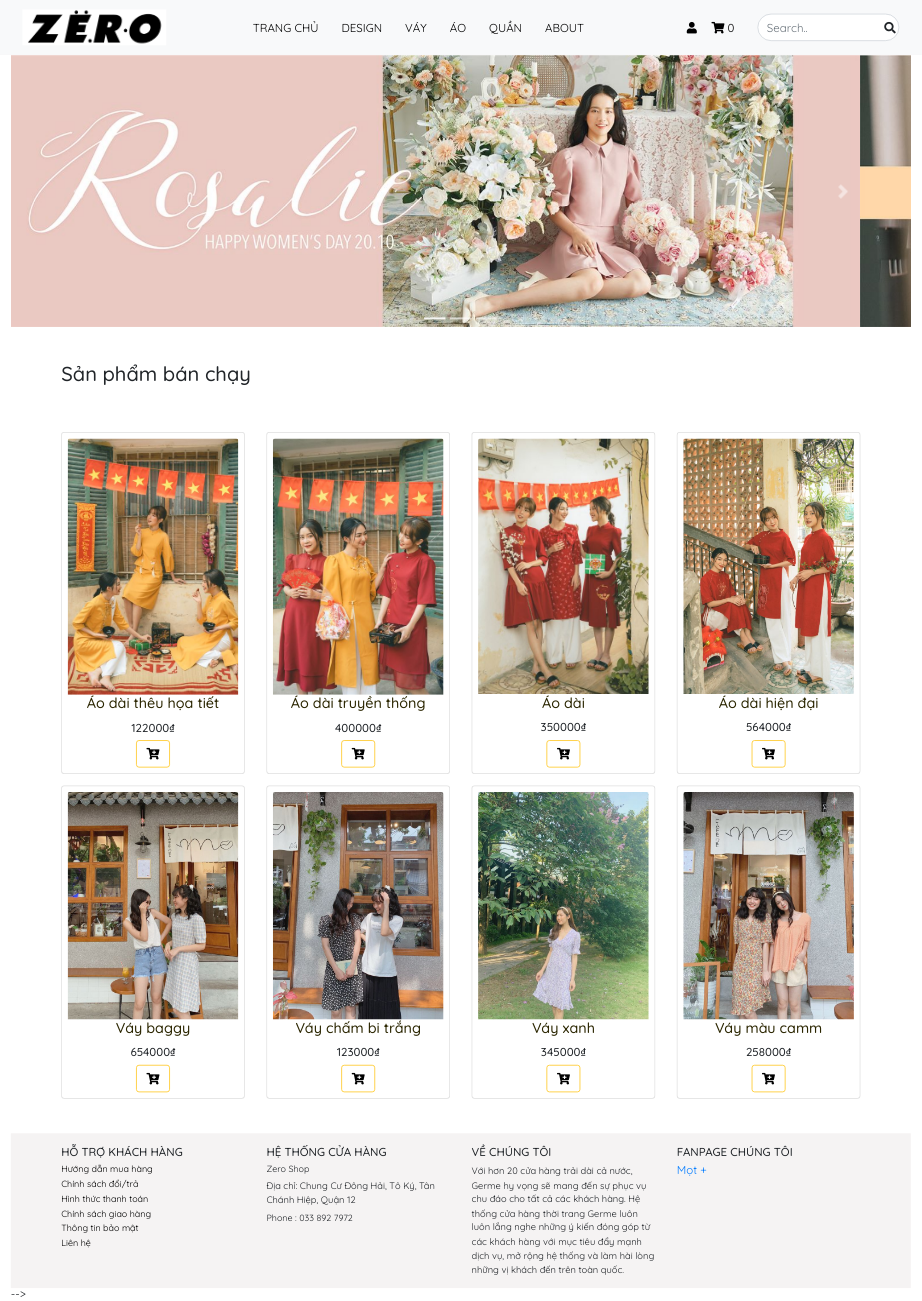
Repository: trang712/Zeroclothers
Page: index.html
The author's editor kept a copy of each file at every save. The page is drawn from the files as they stood at one save, then again after the next save.
The browser window is 1280 px wide. The pictures show the whole page, at 72% of full size.
Some web libraries are served in a nearby version.

Above is the page before, as saved 2022-12-18 13:53:44.
Console error: TypeError: Cannot read properties of null (reading 'length')

### index.html
<!DOCTYPE html>
<html>

<head>
    <title>Store</title>

    <meta charset="UTF-8">
    <script src="https://code.jquery.com/jquery-3.3.1.slim.min.js"></script>
    <link rel="stylesheet" href="https://stackpath.bootstrapcdn.com/bootstrap/4.3.1/css/bootstrap.min.css">
    <link rel="stylesheet" href="css/style-1.css">

    <script src="https://cdnjs.cloudflare.com/ajax/libs/popper.js/1.14.7/umd/popper.min.js"></script>
    <script src="https://stackpath.bootstrapcdn.com/bootstrap/4.3.1/js/bootstrap.min.js"></script>
    <meta name="viewport" content="width=device-width, initial-scale=1, shrink-to-fit=no">
    <link rel="stylesheet" href="https://use.fontawesome.com/releases/v5.10.2/css/all.css">
    <link href="https://fonts.googleapis.com/css2?family=Quicksand:wght@400;500;600&display=swap" rel="stylesheet">
    <div id="fb-root"></div>
    <script async defer crossorigin="anonymous"
        src="https://connect.facebook.net/vi_VN/sdk.js#xfbml=1&version=v7.0"></script>
    <script>
        $('.carousel').carousel({
            interval: 200

        })
    </script>
</head>

<body>
    <!-- --header-- -->
    <div class="container-fluid header">
        <div class="container-fluid fixed-top bg-light">

            <nav class=" navbar  navbar-expand-lg">
                <a href="index.html" class="navbar-brand">
                    <div class="logo">
                        <img src="./img/logo-z.png" alt="">
                    </div>
                </a>
                <button class="navbar-toggler menu" data-target="#my-nav" data-toggle="collapse" aria-controls="my-nav"
                    aria-expanded="false" aria-label="Toggle navigation">
                    <span class="navbar-toggler-icon">
                        <i class="fas fa-bars"></i>
                    </span>
                </button>
                <div id="my-nav" class="collapse navbar-collapse">
                    <ul class="navbar-nav mr-auto header-menu">
                        <li class="nav-item active">
                            <a class="nav-link" href="index.html">TRANG CHỦ <span class="sr-only">(current)</span></a>
                        </li>
                        <li class="nav-item">
                            <a class="nav-link" href="#" tabindex="-1" aria-disabled="false">DESIGN</a>
                        </li>
                        <li class="nav-item">
                            <a class="nav-link" href="#" tabindex="-1" aria-disabled="true">VÁY</a>
                        </li>
                        <li class="nav-item">
                            <a class="nav-link" href="#" tabindex="-1" aria-disabled="true">ÁO</a>
                        </li>
                        <li class="nav-item">
                            <a class="nav-link" href="#" tabindex="-1" aria-disabled="true">QUẦN</a>
                        </li>
                        <li class="nav-item">
                            <a class="nav-link" href="#" tabindex="-1" aria-disabled="true">ABOUT</a>
                        </li>


                    </ul>
                    <div class="mr-3 cart">
                        <a href="#" onclick="checkLogin()">
                            <i class="fas fa-user"></i>
                        </a>


                        <a class="ml-3 mr-3" href="./cart.html">
                            <i class="fas fa-shopping-cart"></i>
                            <span id="total-item">0</span>
                        </a>

                    </div>
                    <div class="form-inline search">
                        <input type="text" class="form-control" placeholder="Search..">
                        <button type="submit" class="form-control btn">
                            <i class="fas fa-search"></i>
                        </button>
                    </div>

                </div>
            </nav>
        </div>

    </div>

    <!-- ---- -->

    <!-- --body-- -->
    <!-- --banner-- -->
    <div class="container-fluid banner">

        <div id="carouselExampleCaptions" class="carousel slide" data-ride="carousel">
            <ol class="carousel-indicators">
                <li data-target="#carouselExampleCaptions" data-slide-to="0" class="active"></li>
                <li data-target="#carouselExampleCaptions" data-slide-to="1"></li>
                <li data-target="#carouselExampleCaptions" data-slide-to="2"></li>
            </ol>
            <div class="carousel-inner">
                <div class="carousel-item active">
                    <img src="./img/banner-3.jpg" class="d-block w-100" alt="...">
                    <div class="carousel-caption d-none d-md-block">

                    </div>
                </div>
                <div class="carousel-item">
                    <img src="./img/banner-2.jpg" class="d-block w-100" alt="...">
                    <div class="carousel-caption d-none d-md-block">

                    </div>
                </div>
                <div class="carousel-item">
                    <img src="./img/banner-1.jpg" class="d-block w-100" alt="...">
                    <div class="carousel-caption d-none d-md-block">

                    </div>
                </div>
            </div>
            <a class="carousel-control-prev" href="#carouselExampleCaptions" role="button" data-slide="prev">
                <span class="carousel-control-prev-icon" aria-hidden="true"></span>
                <span class="sr-only">Previous</span>
            </a>
            <a class="carousel-control-next" href="#carouselExampleCaptions" role="button" data-slide="next">
                <span class="carousel-control-next-icon" aria-hidden="true"></span>
                <span class="sr-only">Next</span>
            </a>
        </div>

    </div>
    <!-- ---- -->
    <!-- --product-- -->
    <div class="container-fluid mt-5 mb-5">
        <div class="container product">
            <div class="h3 mb-5">Sản phẩm bán chạy</div>
            <div class="row" id="banchay">


            </div>
        </div>

    </div>

    <!-- ---- -->

    <!-- --footer-- -->
    <div class="container-fluid">

        <!-- --thongtin-- -->
        <!-- <div class="container info">

            <div class="row mt-5 mb-5">
                <div class="col-3 info-col">
                    <div class="h6">
                        GỌI MUA HÀNG(8:30 - 17:00)
                    </div>
                    <a href="tel:0395342134">

                        <i class="fas fa-phone-alt"></i>
                        033 892 7972
                    </a>

                    <div class="info-foot">Tất cả các ngày trong tuần</div>
                </div>
                <div class="col-3 info-col">
                    <div class="h6">GỌI MUA HÀNG(8:30 - 17:00) </div>

                    <a href="tel:0395342134">
                        <i class="fas fa-phone-alt"></i>
                        033 892 7972
                    </a>

                    <div class="info-foot">Tất cả các ngày trong tuần</div>
                </div>

                <div class="col-3">
                    <div class="h6">ĐĂNG KÍ NHẬN THÔNG TIN MỚI</div>
                    <form action="" class="form-inline">
                        <input type="text" class="form-control" style="width: 60%;">
                        <a href="" class=" btn btn-outline-dark">Đăng kí</a>
                    </form>
                </div>
                <div class="col-3 info-social">
                    <div class="h6">THEO DÕI CHÚNG TÔI</div>
                    <div class="row">
                        <div class="col-3">
                            <a href="">
                                <i class="fab fa-facebook-f"></i>
                            </a>
                        </div>
                        <div class="col-3">
                            <a href="">
                                <i class="fab fa-instagram"></i>
                            </a>
                        </div>
                        <div class="col-3">
                            <a href="">
                                <i class="fab fa-youtube"></i>
                            </a>
                        </div>
                        <div class="col-3">
                            <a href="">
                                <i class="fab fa-twitter"></i>

                            </a>
                        </div>
                    </div>
                </div>
            </div>

        </div>
        <!-- ---- -->
        <!-- --footer-- -->
        <div class="container-fluid footer-3">
            <div class="container">
                <div class="row">
                    <div class="col-3 link-support">
                        <div class="h6">HỖ TRỢ KHÁCH HÀNG</div>
                        <ul>
                            <li>
                                <a href="">Hướng dẫn mua hàng</a>
                            </li>
                            <li>
                                <a href="">Chính sách đổi/trả</a>
                            </li>
                            <li>
                                <a href="">Hình thức thanh toán</a>
                            </li>
                            <li>
                                <a href="">Chính sách giao hàng</a>
                            </li>
                            <li>
                                <a href="">Thông tin bảo mật</a>
                            </li>
                            <li>
                                <a href="">Liên hệ</a>
                            </li>
                        </ul>
                    </div>
                    <div class="col-3 link-support">
                        <div class="h6">HỆ THỐNG CỬA HÀNG</div>
                        <ul>
                            <li>
                                Zero Shop
                            </li>
                            <li class="text">
                                Địa chỉ: Chung Cư Đông Hải, Tô Ký, Tân Chánh Hiệp, Quận 12
                            </li>
                            <li>
                                Phone : 033 892 7972
                            </li>
                        </ul>
                    </div>
                    <div class="col-3 link-support">
                        <div class="h6">VỀ CHÚNG TÔI</div>
                        <div class="text">Với hơn 20 cửa hàng trải dài cả nước, Germe hy vọng sẽ mang đến sự phục vụ chu
                            đáo cho tất
                            cả các khách hàng. Hệ thống cửa hàng thời trang Germe luôn luôn lắng nghe những ý kiến đóng
                            góp từ các khách hàng với mục tiêu đẩy mạnh dịch vụ, mở rộng hệ thống và làm hài lòng những
                            vị khách đến trên toàn quốc.</div>
                    </div>
                    <div class="col-3">
                        <div class="h6">FANPAGE CHÚNG TÔI</div>
                        <div class="fb-page" data-href="https://www.facebook.com/motplus/" data-tabs="timeline"
                            data-width="360" data-height="200" data-small-header="false"
                            data-adapt-container-width="true" data-hide-cover="false" data-show-facepile="true">
                            <blockquote cite="https://www.facebook.com/motplus/" class="fb-xfbml-parse-ignore"><a
                                    href="https://www.facebook.com/motplus/">Mọt +</a></blockquote>
                        </div>
                    </div>
                </div>
            </div>
        </div> -->
        <!-- ---- -->
    </div>
    <!-- ---- -->


</body>
<script src="js/product.js"></script>
<script src="js/product2.js"></script>
<script src="js/control.js"></script>
<script src="./js/user.js"></script>



</html>

### css/style-1.css

html, body, div, span, applet, object, iframe,
h1, h2, h3, h4, h5, h6, p, blockquote, pre,
a, abbr, acronym, address, big, cite, code,
del, dfn, em, img, ins, kbd, q, s, samp,
small, strike, strong, sub, sup, tt, var,
b, u, i, center,
dl, dt, dd, ol, ul, li,
fieldset, form, label, legend,
table, caption, tbody, tfoot, thead, tr, th, td,
article, aside, canvas, details, embed,
figure, figcaption, footer, header, hgroup,
menu, nav, output, ruby, section, summary,
time, mark, audio, video {
  margin: 0;
 padding: 0;
 border: 0;
 font-size: 100%;
 font: inherit;
 vertical-align: baseline;
}

/* make sure to set some focus styles for accessibility */
:focus {
    outline: 0;
}

/* HTML5 display-role reset for older browsers */
article, aside, details, figcaption, figure,
footer, header, hgroup, menu, nav, section {
 display: block;
}

body {
 line-height: 1;
}

ol, ul {
 list-style: none;
}

blockquote, q {
 quotes: none;
}

blockquote:before, blockquote:after,
q:before, q:after {
 content: '';
 content: none;
}

table {
 border-collapse: collapse;
 border-spacing: 0;
}

input[type=search]::-webkit-search-cancel-button,
input[type=search]::-webkit-search-decoration,
input[type=search]::-webkit-search-results-button,
input[type=search]::-webkit-search-results-decoration {
    -webkit-appearance: none;
    -moz-appearance: none;
}

input[type=search] {
    -webkit-appearance: none;
    -moz-appearance: none;
    -webkit-box-sizing: content-box;
    -moz-box-sizing: content-box;
    box-sizing: content-box;
}

textarea {
    overflow: auto;
    vertical-align: top;
    resize: vertical;
}

/**
 * Correct `inline-block` display not defined in IE 6/7/8/9 and Firefox 3.
 */

audio,
canvas,
video {
    display: inline-block;
    *display: inline;
    *zoom: 1;
    max-width: 100%;
}

/**
 * Prevent modern browsers from displaying `audio` without controls.
 * Remove excess height in iOS 5 devices.
 */

audio:not([controls]) {
    display: none;
    height: 0;
}

/**
 * Address styling not present in IE 7/8/9, Firefox 3, and Safari 4.
 * Known issue: no IE 6 support.
 */

[hidden] {
    display: none;
}

/**
 * 1. Correct text resizing oddly in IE 6/7 when body `font-size` is set using
 *    `em` units.
 * 2. Prevent iOS text size adjust after orientation change, without disabling
 *    user zoom.
 */

html {
    font-size: 100%; /* 1 */
    -webkit-text-size-adjust: 100%; /* 2 */
    -ms-text-size-adjust: 100%; /* 2 */
    font-family: 'Open Sans';

}

/**
 * Address `outline` inconsistency between Chrome and other browsers.
 */

a:focus {
    outline: thin dotted;
}

/**
 * Improve readability when focused and also mouse hovered in all browsers.
 */

a:active,
a:hover {
    outline: 0;
}

/**
 * 1. Remove border when inside `a` element in IE 6/7/8/9 and Firefox 3.
 * 2. Improve image quality when scaled in IE 7.
 */

img {
    border: 0; /* 1 */
    -ms-interpolation-mode: bicubic; /* 2 */
}

/**
 * Address margin not present in IE 6/7/8/9, Safari 5, and Opera 11.
 */

figure {
    margin: 0;
}

/**
 * Correct margin displayed oddly in IE 6/7.
 */

form {
    margin: 0;
}

/**
 * Define consistent border, margin, and padding.
 */

fieldset {
    border: 1px solid #c0c0c0;
    margin: 0 2px;
    padding: 0.35em 0.625em 0.75em;
}

/**
 * 1. Correct color not being inherited in IE 6/7/8/9.
 * 2. Correct text not wrapping in Firefox 3.
 * 3. Correct alignment displayed oddly in IE 6/7.
 */

legend {
    border: 0; /* 1 */
    padding: 0;
    white-space: normal; /* 2 */
    *margin-left: -7px; /* 3 */
}

/**
 * 1. Correct font size not being inherited in all browsers.
 * 2. Address margins set differently in IE 6/7, Firefox 3+, Safari 5,
 *    and Chrome.
 * 3. Improve appearance and consistency in all browsers.
 */

button,
input,
select,
textarea {
    font-size: 100%; /* 1 */
    margin: 0; /* 2 */
    vertical-align: baseline; /* 3 */
    *vertical-align: middle; /* 3 */
}

/**
 * Address Firefox 3+ setting `line-height` on `input` using `!important` in
 * the UA stylesheet.
 */

button,
input {
    line-height: normal;
}

/**
 * Address inconsistent `text-transform` inheritance for `button` and `select`.
 * All other form control elements do not inherit `text-transform` values.
 * Correct `button` style inheritance in Chrome, Safari 5+, and IE 6+.
 * Correct `select` style inheritance in Firefox 4+ and Opera.
 */

button,
select {
    text-transform: none;
}

/**
 * 1. Avoid the WebKit bug in Android 4.0.* where (2) destroys native `audio`
 *    and `video` controls.
 * 2. Correct inability to style clickable `input` types in iOS.
 * 3. Improve usability and consistency of cursor style between image-type
 *    `input` and others.
 * 4. Remove inner spacing in IE 7 without affecting normal text inputs.
 *    Known issue: inner spacing remains in IE 6.
 */

button,
html input[type="button"], /* 1 */
input[type="reset"],
input[type="submit"] {
    -webkit-appearance: button; /* 2 */
    cursor: pointer; /* 3 */
    *overflow: visible;  /* 4 */
}

/**
 * Re-set default cursor for disabled elements.
 */

button[disabled],
html input[disabled] {
    cursor: default;
}

/**
 * 1. Address box sizing set to content-box in IE 8/9.
 * 2. Remove excess padding in IE 8/9.
 * 3. Remove excess padding in IE 7.
 *    Known issue: excess padding remains in IE 6.
 */

input[type="checkbox"],
input[type="radio"] {
    box-sizing: border-box; /* 1 */
    padding: 0; /* 2 */
    *height: 13px; /* 3 */
    *width: 13px; /* 3 */
}

/**
 * 1. Address `appearance` set to `searchfield` in Safari 5 and Chrome.
 * 2. Address `box-sizing` set to `border-box` in Safari 5 and Chrome
 *    (include `-moz` to future-proof).
 */

input[type="search"] {
    -webkit-appearance: textfield; /* 1 */
    -moz-box-sizing: content-box;
    -webkit-box-sizing: content-box; /* 2 */
    box-sizing: content-box;
}

/**
 * Remove inner padding and search cancel button in Safari 5 and Chrome
 * on OS X.
 */

input[type="search"]::-webkit-search-cancel-button,
input[type="search"]::-webkit-search-decoration {
    -webkit-appearance: none;
}

/**
 * Remove inner padding and border in Firefox 3+.
 */

button::-moz-focus-inner,
input::-moz-focus-inner {
    border: 0;
    padding: 0;
}

/**
 * 1. Remove default vertical scrollbar in IE 6/7/8/9.
 * 2. Improve readability and alignment in all browsers.
 */

textarea {
    overflow: auto; /* 1 */
    vertical-align: top; /* 2 */
}

/**
 * Remove most spacing between table cells.
 */

table {
    border-collapse: collapse;
    border-spacing: 0;
}

html,
button,
input,
select,
textarea {
    color: #222;
}


::-moz-selection {
    background: #b3d4fc;
    text-shadow: none;
}

::selection {
    background: #b3d4fc;
    text-shadow: none;
}

img {
    vertical-align: middle;
}

fieldset {
    border: 0;
    margin: 0;
    padding: 0;
}

textarea {
    resize: vertical;
}

.chromeframe {
    margin: 0.2em 0;
    background: #ccc;
    color: #000;
    padding: 0.2em 0;
}
/* Chrome, Safari, Edge, Opera */
input::-webkit-outer-spin-button,
input::-webkit-inner-spin-button {
  -webkit-appearance: none;
  margin: 0;
}

/* Firefox */
input[type=number] {
  -moz-appearance: textfield;
}
body{
    font-size: 16px;
    font-family: 'Quicksand', sans-serif;
}


.header{
    background: white;
}
button .menu{
    color: black!important;
}
.menu i{
    transition: all 1s;
    font-size: 150%;
}

.menu i:hover {
    transform: rotate(-90deg);
}

.header-menu li{
    margin-left: 1rem!important;
}
.header-menu li a{
    font-weight: 400;
}
.head-info{
    color: rgb(71, 71, 71);
}
.head-info i{
    color: rgb(71, 71, 71);
    font-size: 100%!important;
    margin-top: 0.7rem;
}
.banner{
    margin-top: 6%;
}
.logo{
    width: 200px;
    margin-right: 5rem;
}
.logo img{
    width: 100%;
}
.search input{
    border-radius: 20px;
}
.search button{
    border-radius: 20px;
    position: absolute;
    left: 96%;
}
.search button i{
    font-size: 100%;
    width: auto;
}

.header nav ul li a{
    color: black;
    /* font-weight: 1000; */
border-bottom: 1px rgba(0, 0, 0, 0) solid;

}
.header nav ul li:hover a{
border-bottom: 1px black solid;
}

.product span{
    width: 20%;
    margin: 0 auto;
    /* margin-left: 40%; */
    transition: all 1s;
    color: rgb(0, 0, 0);

}
.product-title a{
    text-decoration: none;
    color: rgb(43, 38, 0)!important;
  }
.product span:hover{
    width: 90%;
}


.footer-3{
    background: rgb(245, 243, 243);
    padding: 1rem;
}


.footer-3 ul li{
    margin-top: 0.5rem;

}
.link-support ul li, .link-support ul li a{
    font-size: 12.5px;

}
.link-support ul li a{
    text-decoration: none;
    color: black;
}
.link-support ul li:hover a{
    color: brown;
}
.link-support .text{
    font-size: 13px;
    line-height: 1.5;
}

.info-col a , .info-col i{
    font-size: 28px;
    text-decoration: none!important;
    color: black;
}
.info-col a i{
    color: red;
}
.info-col:hover a, .info-col:hover i {
    color: rgba(3, 189, 111, 0.966);
}
.info-social i{
    font-size: 26px;
}
.info-foot{
    font-size: 14px;
    margin-top: 0.8rem;
}
.minus-item{
    /* margin-left: 2rem; */
    border-radius: 0!important;
}
.cart-count{
    border: 1px black solid!important;
    margin: 0 0.5px!important;
    border-radius: 0!important;
}
.cart i{
    color: black;
}
.thanhtoan{
    width: 100%;
}
.thanhtoan button{
    width: 95%;

}
.thanhtoan .price{
    background: rgba(180, 180, 180, 0.192);
    border-radius: 9px;
    padding: 1rem;
}
/* .price-text{
    font-family: 'Quicksand', sans-serif;
    font-size: 120%;

} */
.total-1{
    font-size: 120%;
}
.total{
    font-size: 150%;
    color: red;
}
.require-cart{
    display: none;

  }
  .thongtins{
    display: none;
    position: fixed;
    width: 60%;
    top: 20%;
    left: 20%;
  }
  #xacnhandathang{
    display: none;
    position: fixed;
    width: 60%;
    top: 20%;
    left: 20%;
  }
.chitietsanpham{
    padding-top: 2.5rem;
}
.sanpham{
    display: flex;
}

.sanpham .hinhanh{
    width: 60%;
}
.sanpham .hinhanh img{
    width: 100%;
}
.sanpham .content{
    display: flex;
    flex-direction: column;
    padding-left: 2rem;
}
.sanpham .content .title-name{
    display: block;
}
.sanpham .content .title-ma{
    display: block;
}
.sanpham .content .title-trangthai{
    display: block;
    margin: 0.5rem 0;
font-weight: 700;
}
.title{
    border-bottom: 1px solid rgba(75, 75, 75, 0.13);
    margin-bottom: 0.5rem;
}
.content .price{
    font-weight: 700;
    font-size: 150%;
}
.themhang{
    margin-top: 1rem;
}
.giaohang{
    display: flex;
    margin-top: 1rem;
    margin-left: 0rem;
}
.giaohang-content p{
    font-size: 80%;
    font-weight: 400;
}
.giaohang-content h4{
    font-weight: 450;
}
.giaohang-content{
    margin-left: 0.7rem;
}
.cart:hover a{
    text-decoration: none;
}
#total-item{
    color: black;
    text-decoration: none;
  }
  #total-item:hover{
    text-decoration: none;
  }

Loaded but not shown: js/control.js (372 lines, source omitted); js/user.js (237 lines, source omitted); js/product2.js (93 lines, source omitted); js/product.js (94 lines, source omitted)

After the next save:
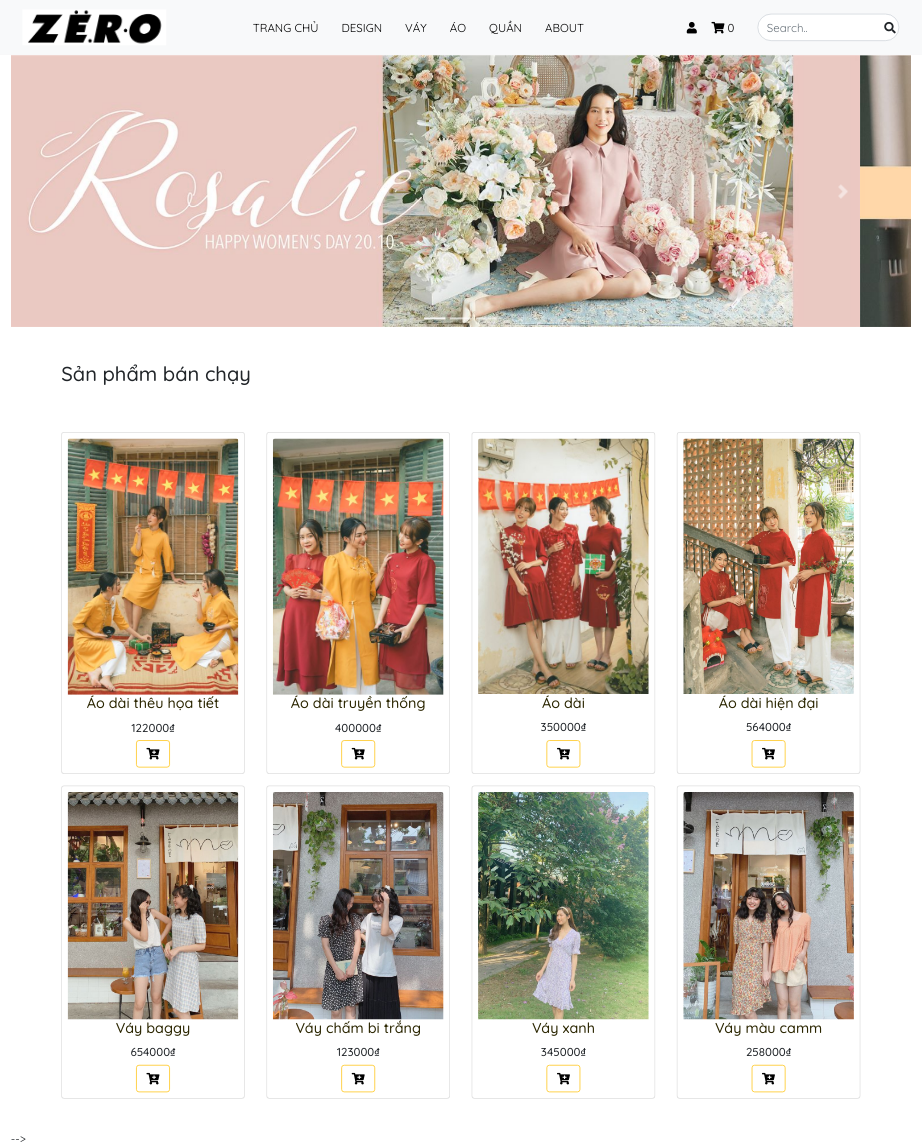
Saved 16 s later.
--- a/index.html
+++ b/index.html
@@ -216,7 +216,7 @@
         </div>
         <!-- ---- -->
         <!-- --footer-- -->
-        <div class="container-fluid footer-3">
+        <!-- <div class="container-fluid footer-3">
             <div class="container">
                 <div class="row">
                     <div class="col-3 link-support">
@@ -275,7 +275,7 @@
                     </div>
                 </div>
             </div>
-        </div> -->
+        </div> --> -->
         <!-- ---- -->
     </div>
     <!-- ---- -->
